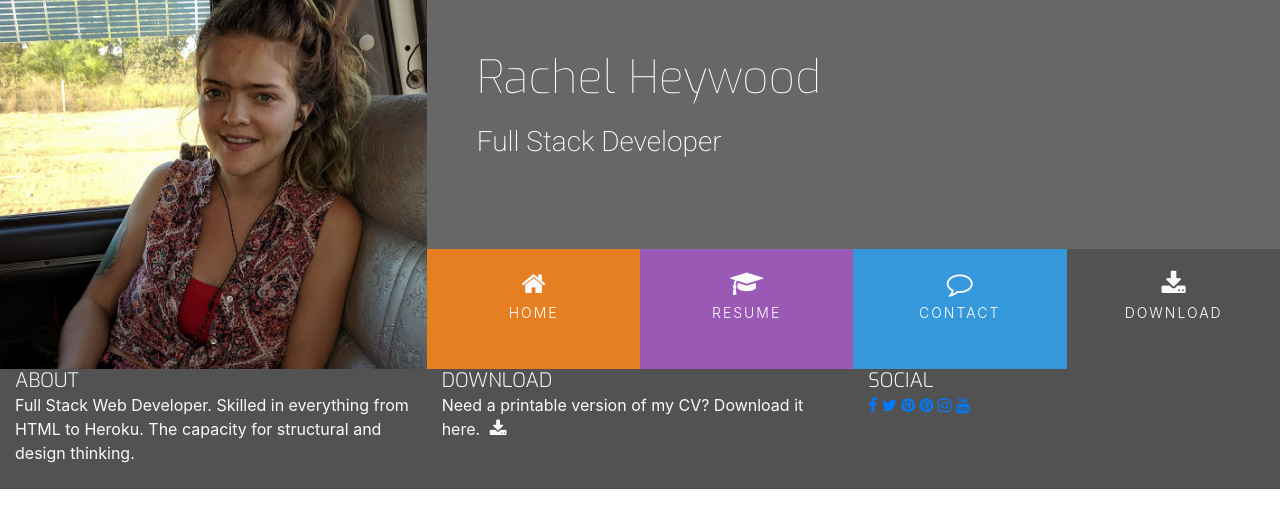
Repository: Heywood93/resume
Page: index.html
The author's editor kept a record of every edit. The page is drawn from the files as they stood at one moment, then again after the next edit.
The browser window is 1280 px wide. The pictures show the whole page.

Above is the page before.

After the next edit:
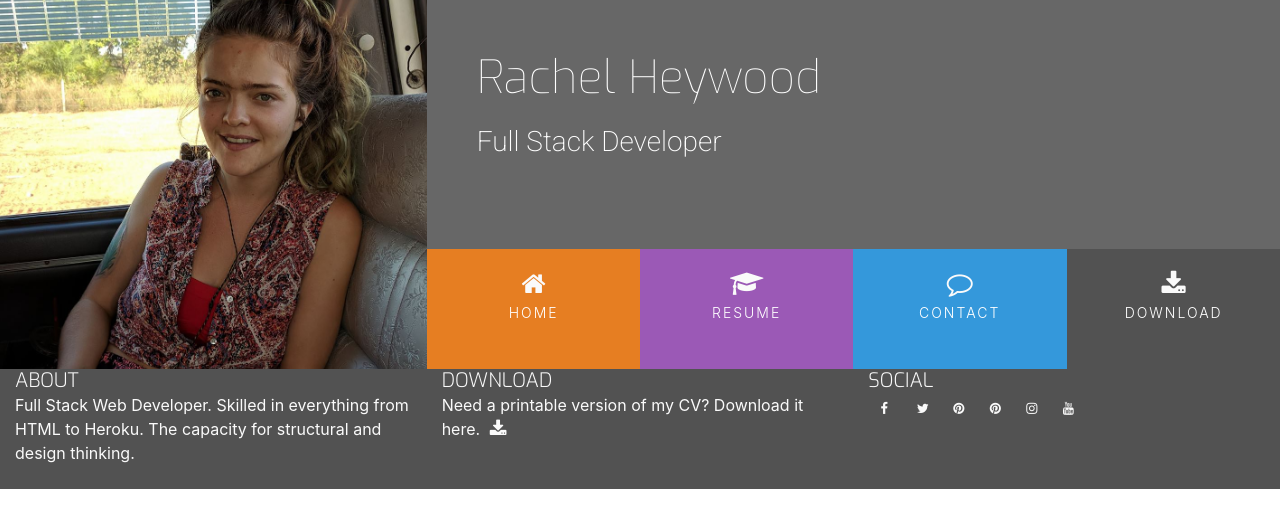
The edit:
--- a/assets/css/style.css
+++ b/assets/css/style.css
@@ -167,4 +167,14 @@
     padding-bottom: 15px;
 }
 
-.
+.social-links li a i {
+    width: 32px;
+    height: 32px;
+    padding: 12px;
+    border-radius: 50%;
+    font-size: 13px;
+    line-height: 7px;
+    text-align: center;
+    color: #fafafa;
+    background: ;
+}
